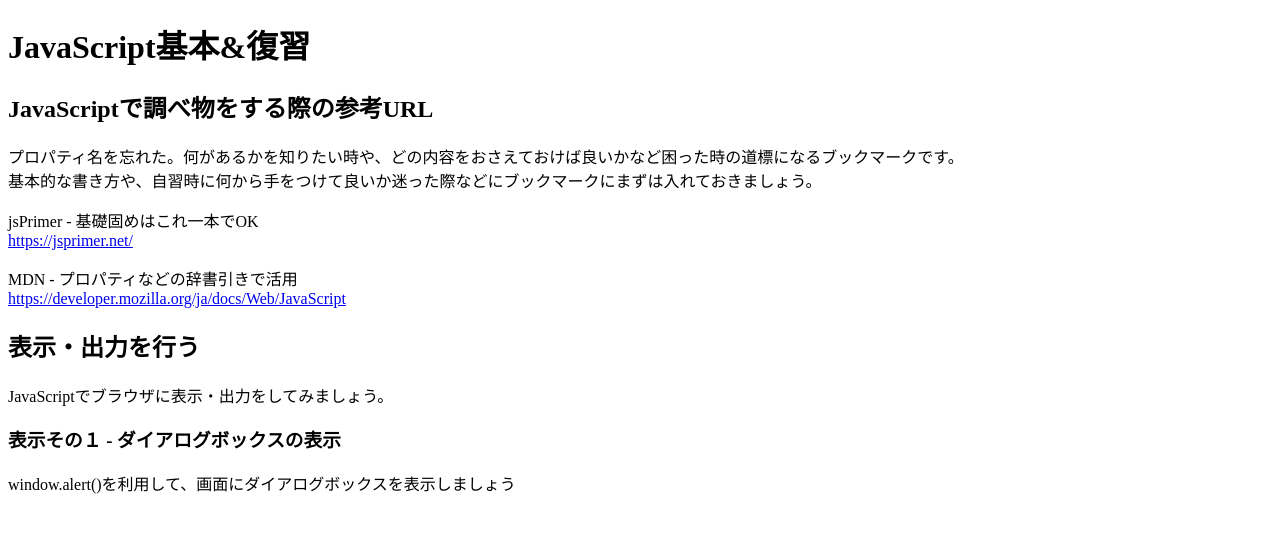
Repository: Yuto-Arakawa/study_js
Page: 01_basic/荒川/ara_basic01.html
The author's editor kept a copy of each file at every save. The page is drawn from the files as they stood at one save, then again after the next save.
The browser window is 1280 px wide. The pictures show the whole page.

Above is the page before, as saved 2026-11-06 14:23:13.

### 01_basic/荒川/ara_basic01.html
<!DOCTYPE html>
<html lang="ja">
<head>
  <meta charset="utf-8">
  <meta name="viewport" content="width=device-width, initial-scale=1">
  <meta name="color-scheme" content="light">
  <meta name="format-detection" content="telephone=no">
  <meta name="description" content="ここに説明文を設定">
  <title>ara_basic01</title>

  <!-- 共有用 OGP / X(Twitter) -->
  <meta property="og:site_name" content="サイト名">
  <meta property="og:title" content="サイトタイトル">
  <meta property="og:description" content="サイト説明文">
  <meta property="og:type" content="website">
  <meta property="og:url" content="https://hoge.ecc.com/">
  <meta property="og:image" content="https://hoge.ecc.com/ogp.png">
  <meta name="twitter:card" content="summary_large_image">
  <meta name="twitter:site" content="@twitteraccount">

  <!-- 正規URL -->
  <link rel="canonical" href="URL">
	<!-- 多言語サイト用 -->
	<!-- <link rel="alternate" hreflang="ja" href="URL"> -->

  <!-- アイコン（SVG優先、ICOフォールバック、Apple Touch） -->
  <link rel="icon" type="image/svg+xml" href="favicon.svg">
  <link rel="alternate icon" href="favicon.ico">
  <link rel="apple-touch-icon" href="apple-touch-icon.png" sizes="180x180">

  <!-- テーマカラー（PWAでなくてもアドレスバー色に反映） -->
  <meta name="theme-color" content="#FFFFFF">

	<!-- スタイルの読み込み -->

</head>
<body>
    <header>
        <h1>JavaScript基本&復習</h1>
    </header>
    <main>
        <div>
            <h2>JavaScriptで調べ物をする際の参考URL</h2>
                <p>
                    プロパティ名を忘れた。何があるかを知りたい時や、どの内容をおさえておけば良いかなど困った時の道標になるブックマークです。<br>
                    基本的な書き方や、自習時に何から手をつけて良いか迷った際などにブックマークにまずは入れておきましょう。
                </p>

                <p>
                    jsPrimer - 基礎固めはこれ一本でOK<br>
                    <a href="https://jsprimer.net/" target="_blank">https://jsprimer.net/</a>
                </p>
                <p>
                    MDN - プロパティなどの辞書引きで活用<br>
                    <a href="https://developer.mozilla.org/ja/docs/Web/JavaScript" target="_blank">https://developer.mozilla.org/ja/docs/Web/JavaScript</a>
                </p>
            <h2>表示・出力を行う</h2>
                <p>JavaScriptでブラウザに表示・出力をしてみましょう。</p>
            <h3>表示その１ - ダイアログボックスの表示</h3>
                <p>window.alert()を利用して、画面にダイアログボックスを表示しましょう</p>
        </div>
    </main>
</body>
</html>

### 01_basic/荒川/css/ress.css
/* resset.dev • v6.0.0 */

/* # =================================================================
   # Global selectors
   # ================================================================= */

html {
  box-sizing: border-box;
  -webkit-text-size-adjust: 100%; /* Prevent adjustments of font size after orientation changes in iOS */
  word-break: normal;
  -moz-tab-size: 4;
  tab-size: 4;
}

*,
::before,
::after {
  background-repeat: no-repeat; /* Set `background-repeat: no-repeat` to all elements and pseudo elements */
  box-sizing: inherit;
}

::before,
::after {
  text-decoration: inherit; /* Inherit text-decoration and vertical align to ::before and ::after pseudo elements */
  vertical-align: inherit;
}

* {
  padding: 0; /* Reset `padding` and `margin` of all elements */
  margin: 0;
}

/* # =================================================================
   # General elements
   # ================================================================= */

hr {
  overflow: visible; /* Show the overflow in Edge and IE */
  height: 0; /* Add the correct box sizing in Firefox */
  color: inherit; /* Correct border color in Firefox. */
}

details,
main {
  display: block; /* Render the `main` element consistently in IE. */
}

summary {
  display: list-item; /* Add the correct display in all browsers */
}

small {
  font-size: 80%; /* Set font-size to 80% in `small` elements */
}

[hidden] {
  display: none; /* Add the correct display in IE */
}

abbr[title] {
  border-bottom: none; /* Remove the bottom border in Chrome 57 */
  /* Add the correct text decoration in Chrome, Edge, IE, Opera, and Safari */
  text-decoration: underline;
  text-decoration: underline dotted;
}

a {
  background-color: transparent; /* Remove the gray background on active links in IE 10 */
}

a:active,
a:hover {
  outline-width: 0; /* Remove the outline when hovering in all browsers */
}

code,
kbd,
pre,
samp {
  font-family: monospace, monospace; /* Specify the font family of code elements */
}

pre {
  font-size: 1em; /* Correct the odd `em` font sizing in all browsers */
}

b,
strong {
  font-weight: bolder; /* Add the correct font weight in Chrome, Edge, and Safari */
}

/* https://gist.github.com/unruthless/413930 */
sub,
sup {
  font-size: 75%;
  line-height: 0;
  position: relative;
  vertical-align: baseline;
}

sub {
  bottom: -0.25em;
}

sup {
  top: -0.5em;
}

table {
  border-color: inherit; /* Correct border color in all Chrome, Edge, and Safari. */
  text-indent: 0; /* Remove text indentation in Chrome, Edge, and Safari */
}

iframe {
  border-style: none;
}

/* # =================================================================
   # Accessibility
   # ================================================================= */

/* Specify the progress cursor of updating elements */
[aria-busy='true'] {
  cursor: progress;
}

/* Specify the pointer cursor of trigger elements */
[aria-controls] {
  cursor: pointer;
}

/* # =================================================================
   # Forms
   # ================================================================= */

input {
  border-radius: 0;
}

[type='number']::-webkit-inner-spin-button,
[type='number']::-webkit-outer-spin-button {
  height: auto; /* Correct the cursor style of increment and decrement buttons in Chrome */
}

[type='search'] {
  -webkit-appearance: textfield; /* Correct the odd appearance in Chrome and Safari */
  outline-offset: -2px; /* Correct the outline style in Safari */
}

[type='search']::-webkit-search-decoration {
  -webkit-appearance: none; /* Remove the inner padding in Chrome and Safari on macOS */
}

textarea {
  overflow: auto; /* Internet Explorer 11+ */
  resize: vertical; /* Specify textarea resizability */
}

button,
input,
optgroup,
select,
textarea {
  font: inherit; /* Specify font inheritance of form elements */
}

optgroup {
  font-weight: bold; /* Restore the font weight unset by the previous rule */
}

button {
  overflow: visible; /* Address `overflow` set to `hidden` in IE 8/9/10/11 */
}

button,
select {
  text-transform: none; /* Firefox 40+, Internet Explorer 11- */
}

/* Apply cursor pointer to button elements */
button,
[type='button'],
[type='reset'],
[type='submit'],
[role='button'] {
  cursor: pointer;
}

/* Remove inner padding and border in Firefox 4+ */
button::-moz-focus-inner,
[type='button']::-moz-focus-inner,
[type='reset']::-moz-focus-inner,
[type='submit']::-moz-focus-inner {
  border-style: none;
  padding: 0;
}

/* Replace focus style removed in the border reset above */
button:-moz-focusring,
[type='button']::-moz-focus-inner,
[type='reset']::-moz-focus-inner,
[type='submit']::-moz-focus-inner {
  outline: 1px dotted ButtonText;
}

button,
html [type='button'], /* Prevent a WebKit bug where (2) destroys native `audio` and `video`controls in Android 4 */
[type='reset'],
[type='submit'] {
  -webkit-appearance: button; /* Correct the inability to style clickable types in iOS */
}

/* Remove the default button styling in all browsers */
button,
input,
select,
textarea {
  background-color: transparent;
  border-style: none;
}

a:focus,
button:focus,
input:focus,
select:focus,
textarea:focus {
  outline-width: 0;
}

/* Style select like a standard input */
select {
  -moz-appearance: none; /* Firefox 36+ */
  -webkit-appearance: none; /* Chrome 41+ */
}

select::-ms-expand {
  display: none; /* Internet Explorer 11+ */
}

select::-ms-value {
  color: currentColor; /* Internet Explorer 11+ */
}

legend {
  border: 0; /* Correct `color` not being inherited in IE 8/9/10/11 */
  color: inherit; /* Correct the color inheritance from `fieldset` elements in IE */
  display: table; /* Correct the text wrapping in Edge and IE */
  max-width: 100%; /* Correct the text wrapping in Edge and IE */
  white-space: normal; /* Correct the text wrapping in Edge and IE */
  max-width: 100%; /* Correct the text wrapping in Edge 18- and IE */
}

::-webkit-file-upload-button {
  /* Correct the inability to style clickable types in iOS and Safari */
  -webkit-appearance: button;
  color: inherit;
  font: inherit; /* Change font properties to `inherit` in Chrome and Safari */
}

/* Replace pointer cursor in disabled, not-editable, or otherwise inoperable elements */
[disabled],
[aria-disabled='true'] {
  cursor: default;
}

/* # =================================================================
   # Specify media element style
   # ================================================================= */

img {
  border-style: none; /* Remove border when inside `a` element in IE 8/9/10 */
}

/* Add the correct vertical alignment in Chrome, Firefox, and Opera */
progress {
  vertical-align: baseline;
}

Loaded but not shown: 01_basic/荒川/css/basic01.css (no stored copy; drawn as an empty file)

After the next save:
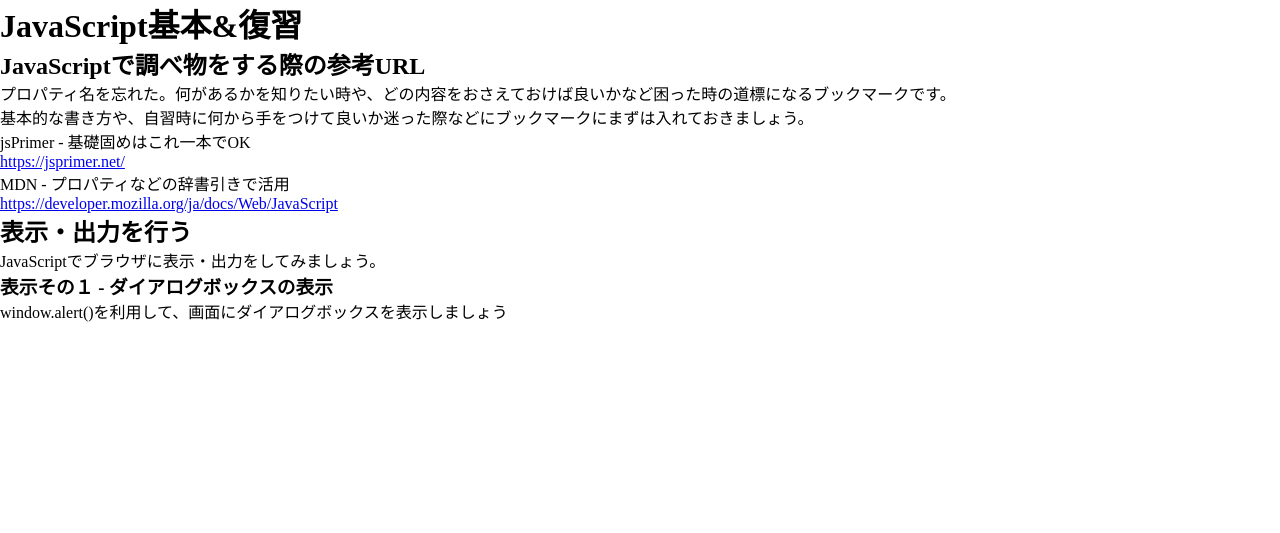
Saved 117 s later.
--- a/01_basic/荒川/ara_basic01.html
+++ b/01_basic/荒川/ara_basic01.html
@@ -32,6 +32,8 @@
   <meta name="theme-color" content="#FFFFFF">
 
 	<!-- スタイルの読み込み -->
+    <link rel="stylesheet" href="css/ress.css">
+    <link rel="stylesheet" href="css/basic01.css">
 
 </head>
 <body>
@@ -54,11 +56,11 @@
                     MDN - プロパティなどの辞書引きで活用<br>
                     <a href="https://developer.mozilla.org/ja/docs/Web/JavaScript" target="_blank">https://developer.mozilla.org/ja/docs/Web/JavaScript</a>
                 </p>
+        </div>
             <h2>表示・出力を行う</h2>
                 <p>JavaScriptでブラウザに表示・出力をしてみましょう。</p>
             <h3>表示その１ - ダイアログボックスの表示</h3>
                 <p>window.alert()を利用して、画面にダイアログボックスを表示しましょう</p>
-        </div>
     </main>
 </body>
 </html>
